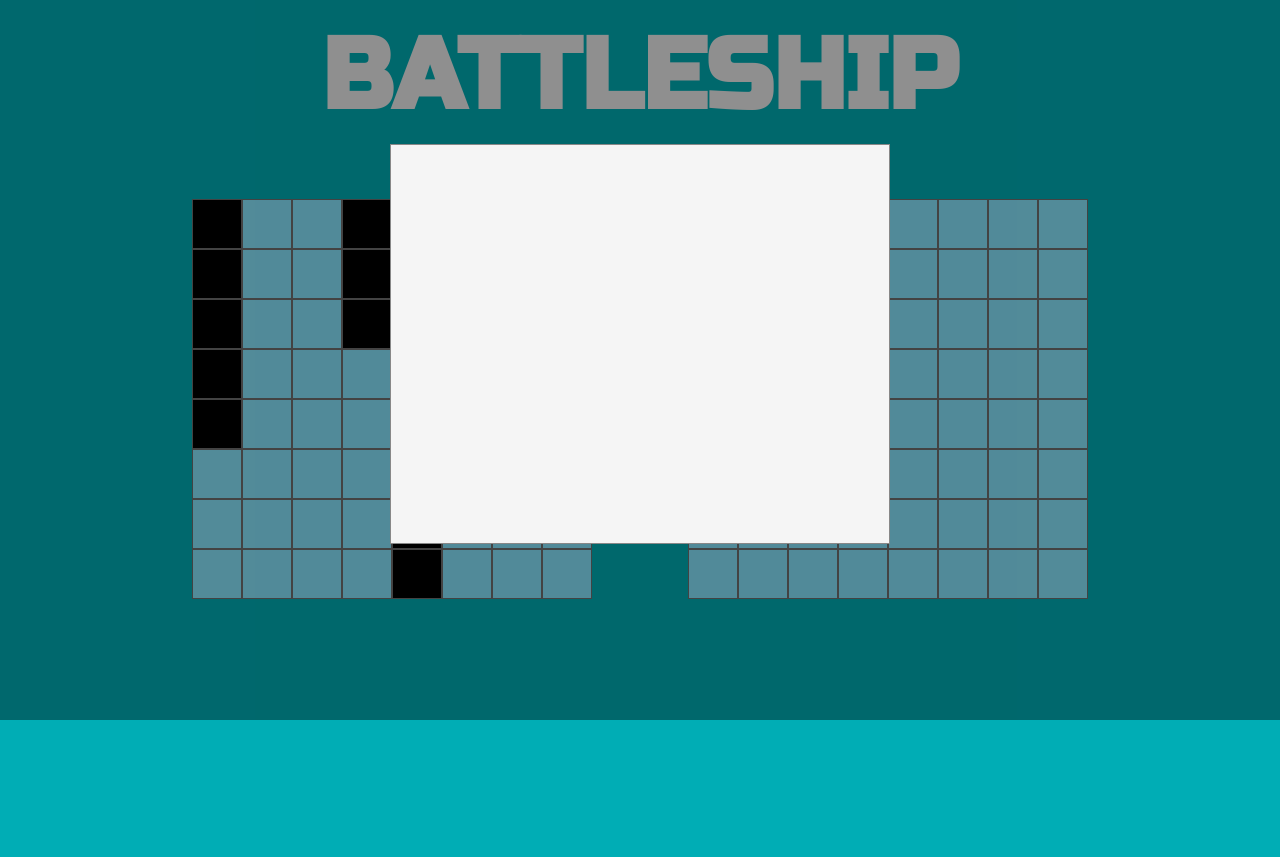
Repository: AzharMoosa/battleship
Page: /
The author's editor kept a copy of each file at every save. The page is drawn from the files as they stood at one save, then again after the next save.
The browser window is 1280 px wide. The pictures show the whole page.
The project was rebuilt for these pictures with package versions that can differ from the ones it lists, and the page was loaded fresh each time.

Above is the page before, as saved 2020-07-09 10:02:14.

After the next save:
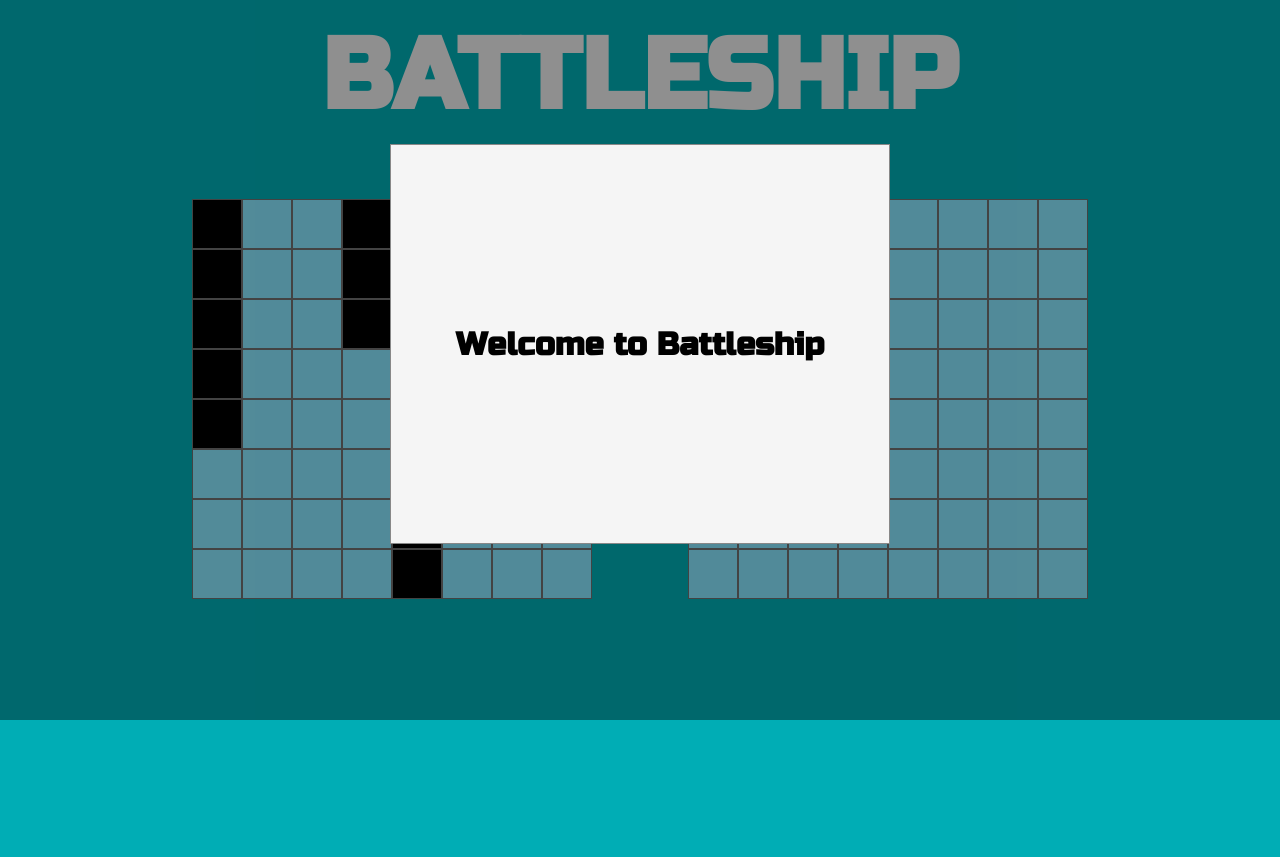
Saved 31 s later.
--- a/src/components/PlaceShip.js
+++ b/src/components/PlaceShip.js
@@ -3,7 +3,9 @@ import React from "react";
 const PlaceShip = () => {
   return (
     <div className='start'>
-      <div className='start-content'></div>
+      <div className='start-content'>
+        <h1>Welcome to Battleship</h1>
+      </div>
     </div>
   );
 };
